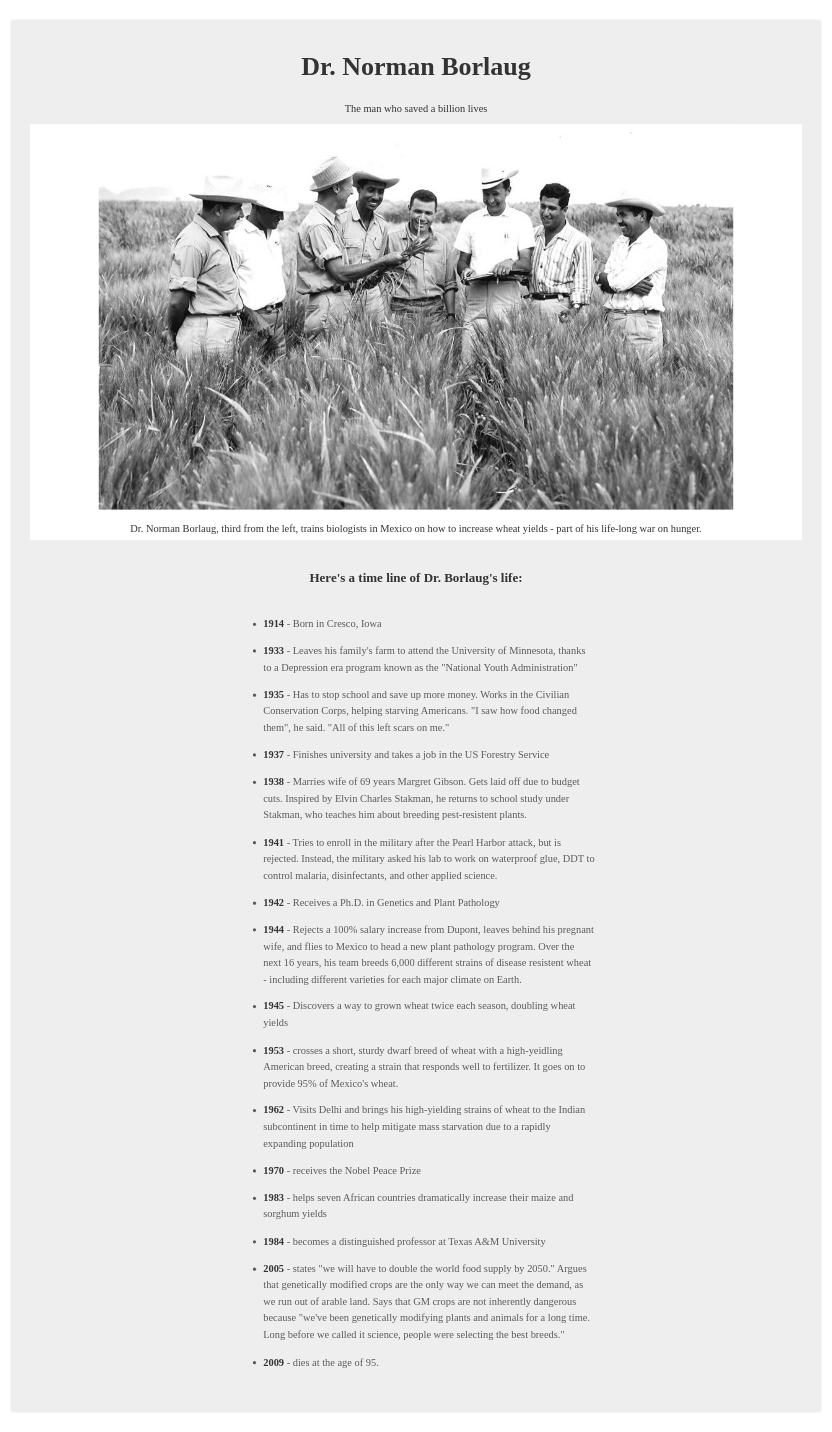
Repository: HTDuy01/github-demo
Page: freecodecamp/index.html
An editor plug-in stored every save of this project. The page is shown before and after the next save, followed by the edit.
The browser window is 1280 px wide. The pictures show the whole page, at 65% of full size.

Above is the page before, as saved 2021-11-18 21:15:58.

After the next save:
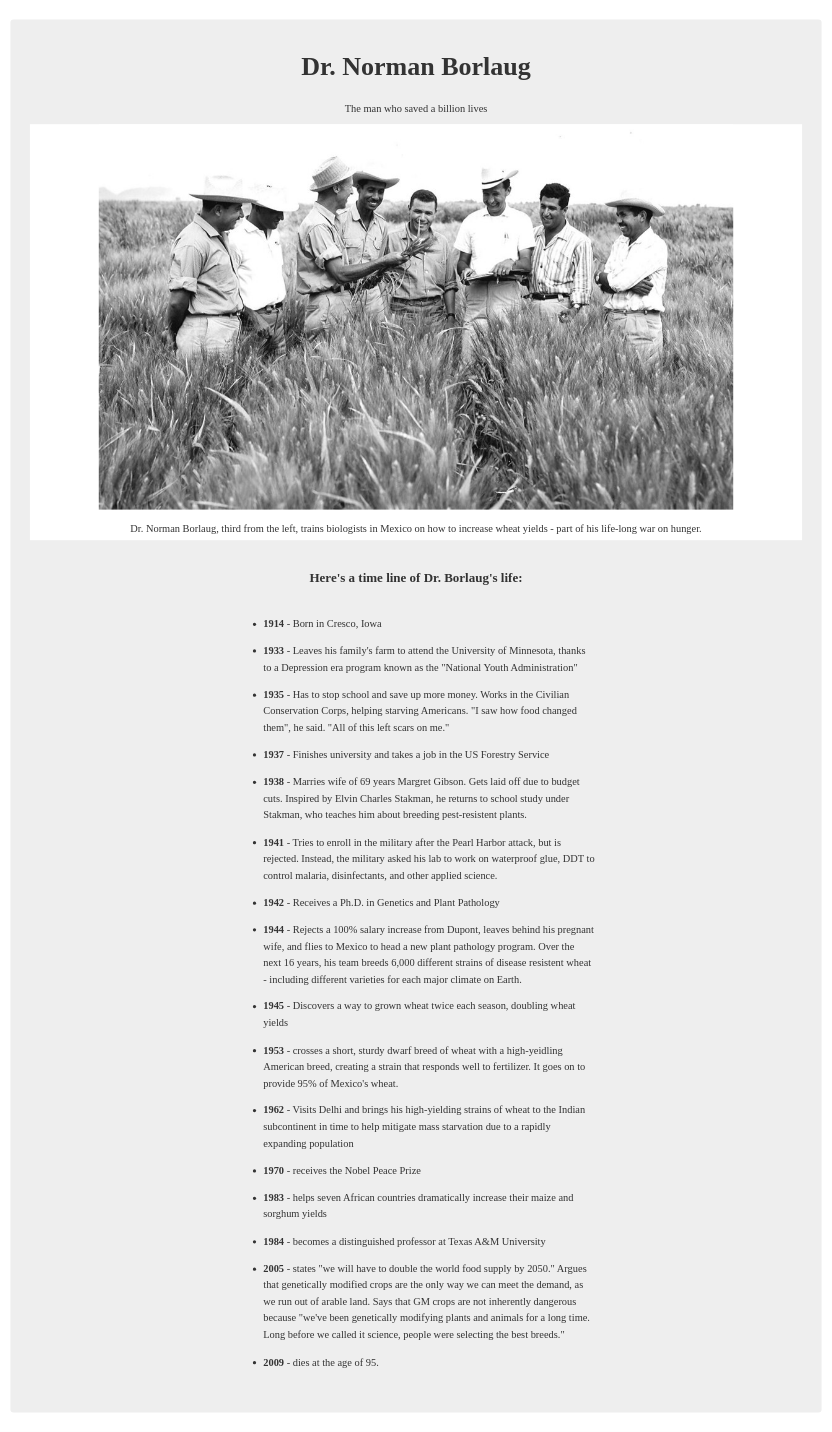
Saved 61 s later.
--- a/freecodecamp/assets/css/style.css
+++ b/freecodecamp/assets/css/style.css
@@ -61,7 +61,7 @@
 .content-item {
     font-size: 1.6rem;
     margin: 16px 0;
-    color: rgb(91,91,91);
+    color: rgb(51,51,51);
 }
 
 .content-item strong {
